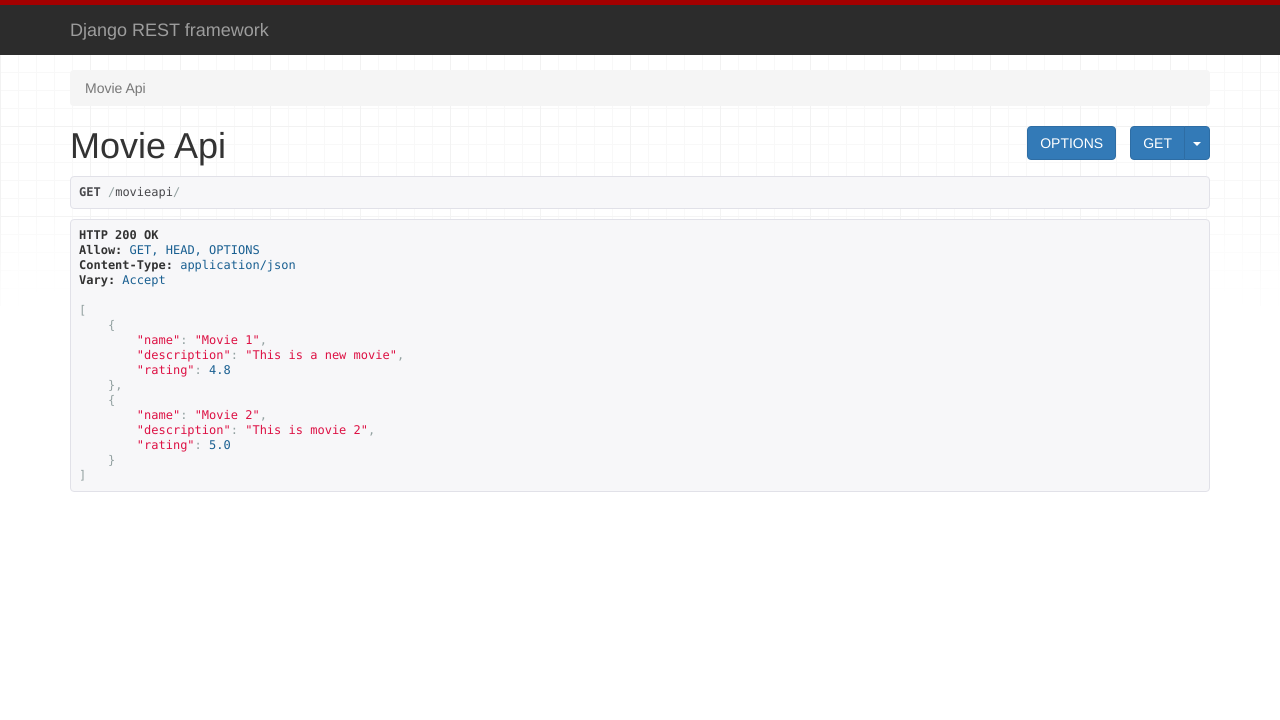
Repository: bitmap357/Django_RestFramework
Page: http://localhost/movieapi/
An editor plug-in stored every save of this project. The page is shown before and after the next save, followed by the edit.
The browser window is 1280 px wide. The pictures show the whole page.
Backgrounds fixed to the window are drawn as part of the page. The page is served by the project's application, run on Django 5.2 (mysite/manage.py). The page reads the database file committed with the project.

Above is the page before, as saved 2024-03-12 22:17:31.

After the next save:
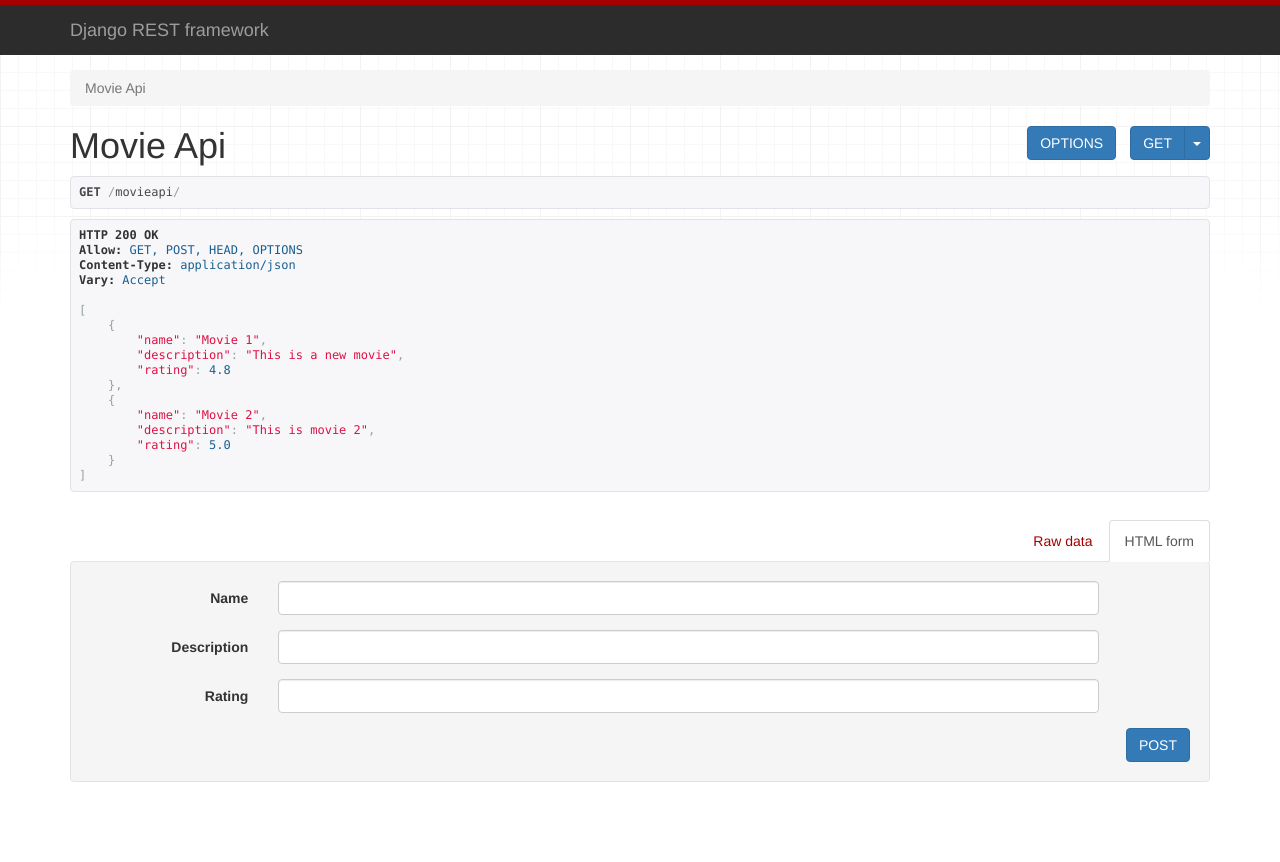
Saved 23 h 55 min later.
--- a/mysite/movieapi/views.py
+++ b/mysite/movieapi/views.py
@@ -4,7 +4,7 @@ from myapp.models import Movie
 from .serializers import MovieSerializer
 
 # Create your views here.
-class MovieAPIView(generics.ListAPIView):
+class MovieAPIView(generics.ListCreateAPIView):
     queryset = Movie.objects.all()
     serializer_class = MovieSerializer
 
